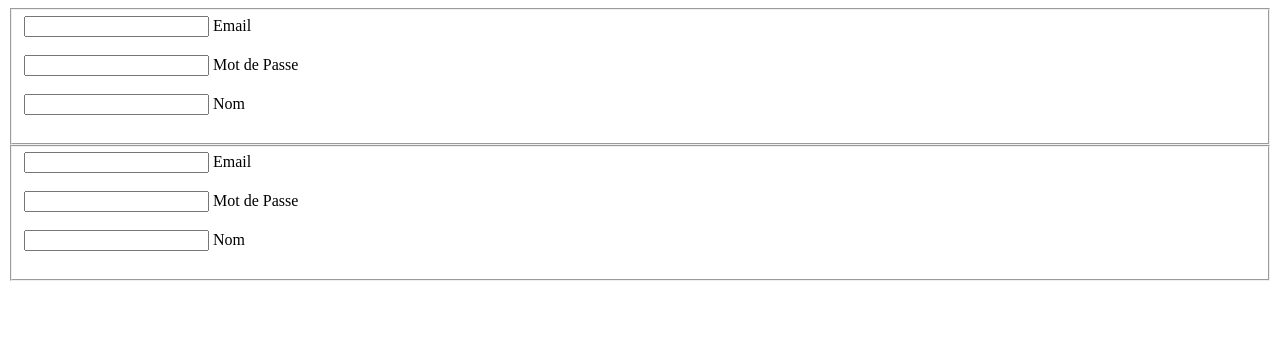
Repository: Tanox2450/ProjetFinalFrontWeb
Page: http://localhost/BoVoyageFrontOffice/fragments/formulaire.jsp
The author's editor kept a copy of each file at every save. The page is drawn from the files as they stood at one save, then again after the next save.
The browser window is 1280 px wide. The pictures show the whole page.
The page is served by Tomcat 9. Other server files are loaded and not shown.

Above is the page before, as saved 2015-08-24 12:37:27.

### BoVoyageFrontOffice/WebContent/fragments/formulaire.jsp
<%@ page language="java" contentType="text/html; charset=UTF-8"
	pageEncoding="UTF-8"%>
<!DOCTYPE html PUBLIC "-//W3C//DTD HTML 4.01 Transitional//EN" "http://www.w3.org/TR/html4/loose.dtd">
<html>
<head>
<meta http-equiv="Content-Type" content="text/html; charset=UTF-8">
<title>Insert title here</title>
</head>
<body>
	<form method="post" action="FrontController">
		<fieldset>
			<div class="mdl-textfield mdl-js-textfield">
				<input class="mdl-textfield__input" type="text" name="email" id="email" /> <label
					class="mdl-textfield__label" for="email">Email</label>
			</div>
			<br />
			<div class="mdl-textfield mdl-js-textfield">
				<input class="mdl-textfield__input" type="text" name="password" id="password"/>
				<label class="mdl-textfield__label" for="password">Mot de
					Passe</label>
			</div>
			<br />
			<div class="mdl-textfield mdl-js-textfield">
				<input class="mdl-textfield__input" type="text" name="name" id="name"/> <label
					class="mdl-textfield__label" for="name">Nom</label>
			</div>
			<br />
		</fieldset>

		<fieldset>
			<div class="mdl-textfield mdl-js-textfield">
				<input class="mdl-textfield__input" type="text" name="email" id="email"/> <label
					class="mdl-textfield__label" for="sample1">Email</label>
			</div>
			<br />
			<div class="mdl-textfield mdl-js-textfield">
				<input class="mdl-textfield__input" type="text" name="password" id="email"/>
				<label class="mdl-textfield__label" for="sample1">Mot de
					Passe</label>
			</div>
			<br />
			<div class="mdl-textfield mdl-js-textfield">
				<input class="mdl-textfield__input" type="text" name="name" id="email"/> <label
					class="mdl-textfield__label" for="sample1">Nom</label>
			</div>
			<br />
		</fieldset>
	</form>
</body>
</html>

After the next save:
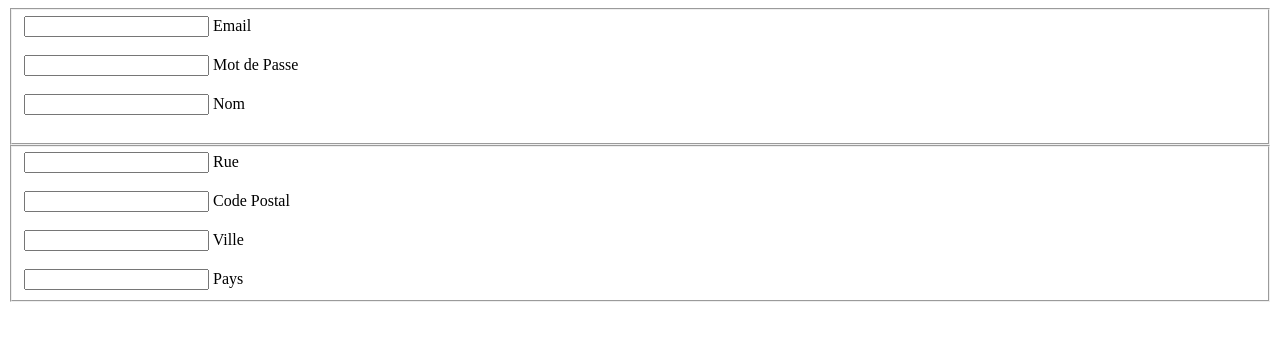
Saved 105 s later.
--- a/BoVoyageFrontOffice/WebContent/fragments/formulaire.jsp
+++ b/BoVoyageFrontOffice/WebContent/fragments/formulaire.jsp
@@ -29,21 +29,24 @@
 
 		<fieldset>
 			<div class="mdl-textfield mdl-js-textfield">
-				<input class="mdl-textfield__input" type="text" name="email" id="email"/> <label
-					class="mdl-textfield__label" for="sample1">Email</label>
+				<input class="mdl-textfield__input" type="text" name="street" id="street"/> <label
+					class="mdl-textfield__label" for="street">Rue</label>
 			</div>
 			<br />
 			<div class="mdl-textfield mdl-js-textfield">
-				<input class="mdl-textfield__input" type="text" name="password" id="email"/>
-				<label class="mdl-textfield__label" for="sample1">Mot de
-					Passe</label>
+				<input class="mdl-textfield__input" type="text" name="postalCode" id="postalCode"/>
+				<label class="mdl-textfield__label" for="postalCode">Code Postal</label>
 			</div>
 			<br />
 			<div class="mdl-textfield mdl-js-textfield">
-				<input class="mdl-textfield__input" type="text" name="name" id="email"/> <label
-					class="mdl-textfield__label" for="sample1">Nom</label>
+				<input class="mdl-textfield__input" type="text" name="city" id="city"/> <label
+					class="mdl-textfield__label" for="city">Ville</label>
 			</div>
 			<br />
+			<div class="mdl-textfield mdl-js-textfield">
+				<input class="mdl-textfield__input" type="text" name="country" id="country"/> <label
+					class="mdl-textfield__label" for="country">Pays</label>
+			</div>
 		</fieldset>
 	</form>
 </body>
